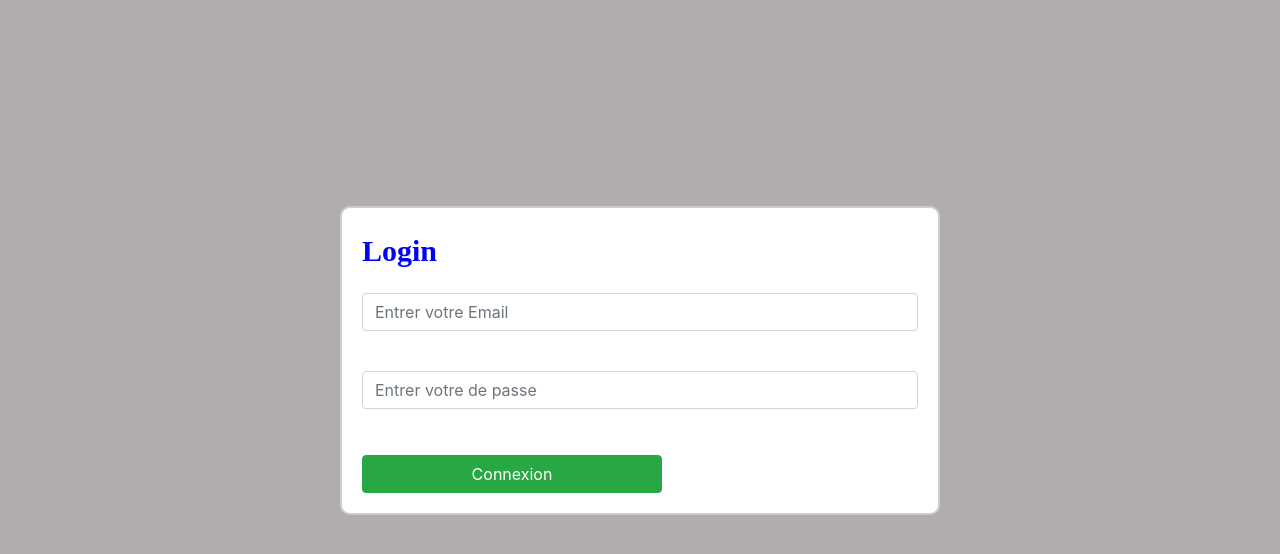
Repository: DiaryRz/FrontWeb
Page: /
An editor plug-in stored every save of this project. The page is shown before and after a run of saves, followed by the edit.
The browser window is 1280 px wide. The pictures show the whole page.
The project was rebuilt for these pictures with package versions that can differ from the ones it lists, and the page was loaded fresh each time. Also part of the build but not shown: src/component/css/Header.css, src/component/Header.jsx, src/page/css/AppAffichage.css, src/component/css/NavBar.css, src/component/NavBar.jsx, src/component/css/Model.css, src/component/InsertModel.jsx, src/page/AppAffichage.jsx and 26 more.

Above is the page before, as saved 2024-01-28 21:04:49.

After the next 5 saves:
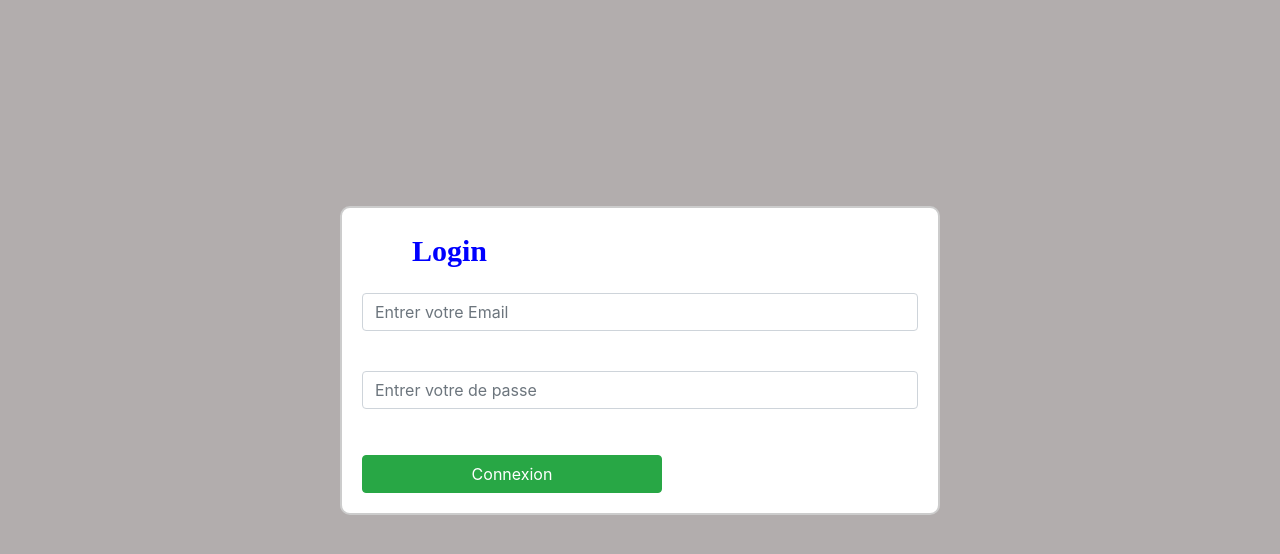
The 5 saves are shown as one change because they came seconds apart.
The last was saved 25 s later.
--- a/src/component/Login.js
+++ b/src/component/Login.js
@@ -57,7 +57,7 @@ const Login = () => {
         <form onSubmit={Inserer}>
            <div style={loginContainer}>
                     <form style={loginForm}>
-                        <div style={{ fontSize: '30px',fontFamily:'serif', marginBottom: '20px' ,color:'blue'}}><b>Login</b></div>
+                        <div style={{ fontSize: '30px',fontFamily:'serif', marginBottom: '20px' ,color:'blue',marginLeft:'50px'}}><b>Login</b></div>
                         <div className="mb-3">
                             <input type="email" className="form-control" placeholder="Entrer votre Email" value={nomUtilisateur} onChange={(e) => setnomUtilisateur(e.target.value)} />
                         </div>
